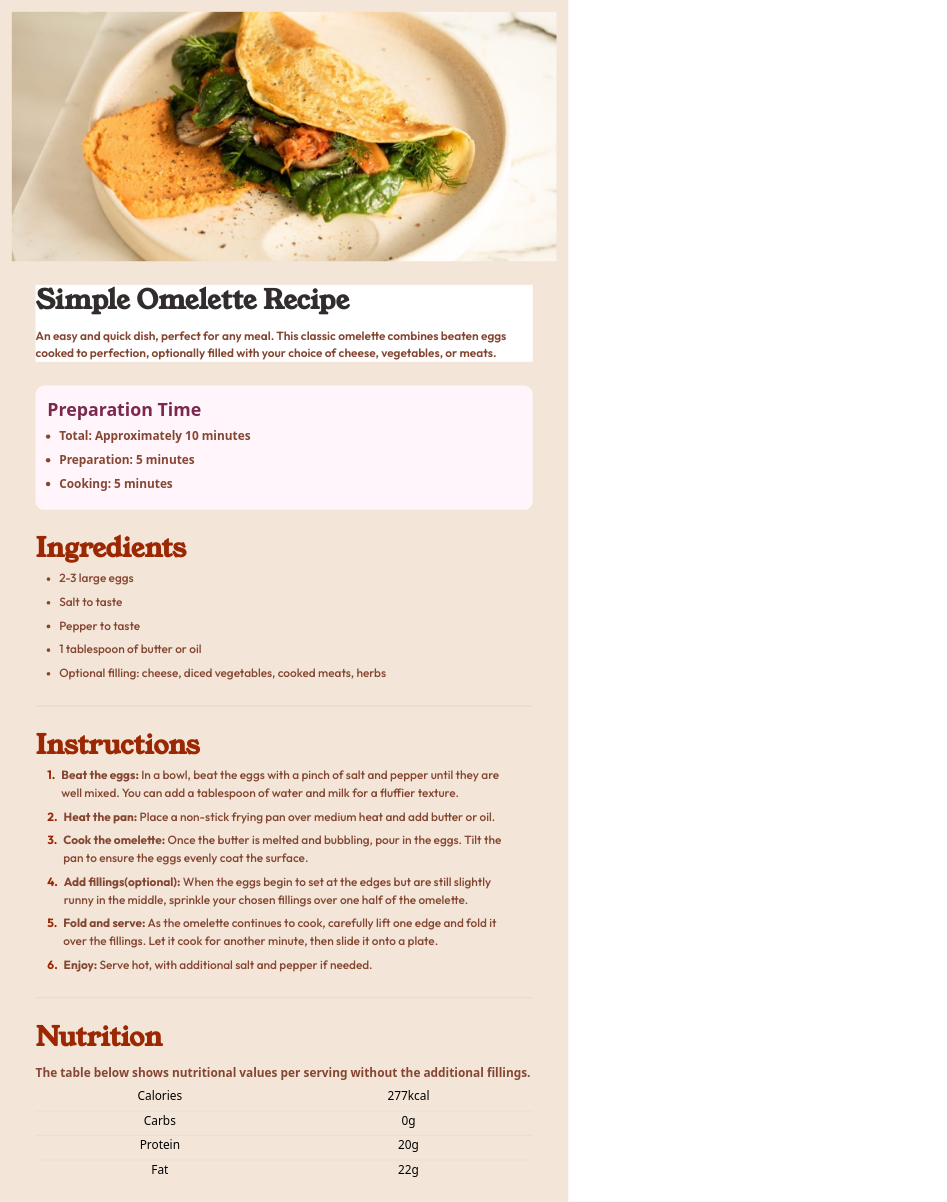
Repository: nivrii/recipe-page-main
Page: /
An editor plug-in stored every save of this project. The page is shown before and after the next save, followed by the edit.
The browser window is 1280 px wide. The pictures show the whole page, at 74% of full size.
The project was rebuilt for these pictures with package versions that can differ from the ones it lists, and the page was loaded fresh each time. Also part of the build but not shown: vite.config.js, src/index.css.

Above is the page before, as saved 2024-03-23 17:22:22.

After the next save:
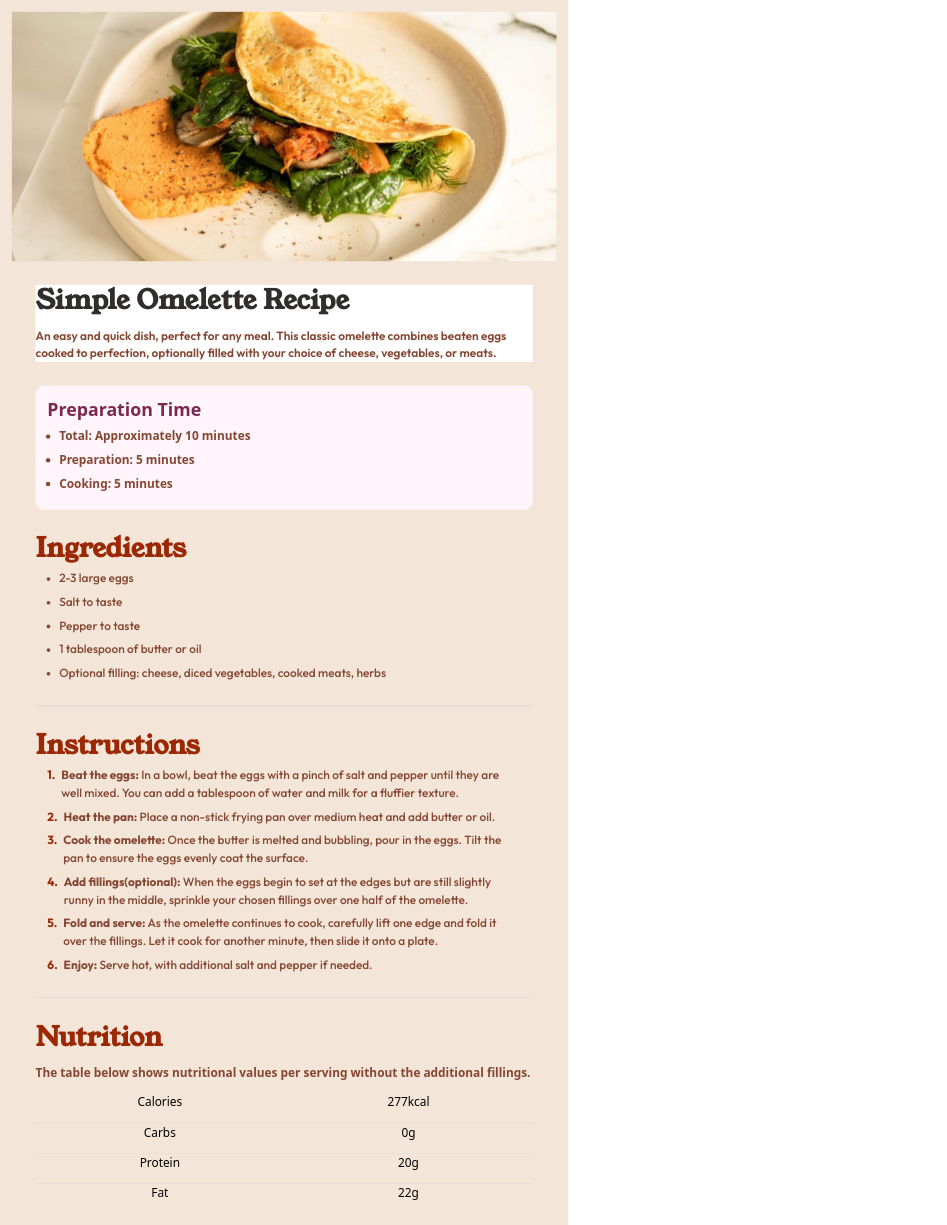
Saved 7 s later.
--- a/src/App.jsx
+++ b/src/App.jsx
@@ -114,19 +114,19 @@ function App() {
             additional fillings.
           </p>
           <div className="divide-y divide-lightGrey">
-            <div className="flex flex-row my-2 text-center align-middle">
+            <div className="flex flex-row my-4 text-center align-middle">
               <span className="basis-1/2">Calories</span>
               <span className="basis-1/2">277kcal</span>
             </div>
-            <div className="flex flex-row my-2 text-center align-middle">
+            <div className="flex flex-row my-4 text-center align-middle">
               <span className="basis-1/2">Carbs</span>
               <span className="basis-1/2">0g</span>
             </div>
-            <div className="flex flex-row my-2 text-center align-middle">
+            <div className="flex flex-row my-4 text-center align-middle">
               <span className="basis-1/2">Protein</span>
               <span className="basis-1/2">20g</span>
             </div>
-            <div className="flex flex-row my-2 text-center align-middle">
+            <div className="flex flex-row my-4 text-center align-middle">
               <span className="basis-1/2">Fat</span>
               <span className="basis-1/2">22g</span>
             </div>
